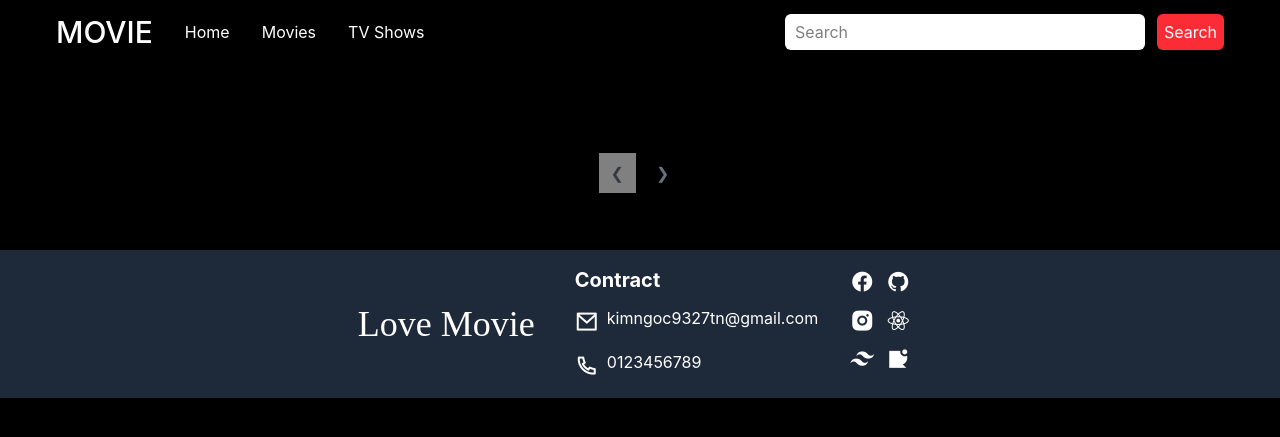
Repository: kimngoc9327/Love_Movie_Project
Page: /movieCategory
The author's editor kept a copy of each file at every save. The page is drawn from the files as they stood at one save, then again after the next save.
The browser window is 1280 px wide. The pictures show the whole page.
The page's requests for data from a server got no answer. The project was rebuilt for these pictures with package versions that can differ from the ones it lists, and the page was loaded fresh each time. No one was signed in, and anything a server would have sent is missing. Also part of the build but not shown: vite.config.js, src/components/ui/MovieCard.jsx, src/components/ui/MovieList.jsx, src/components/ui/Banner.jsx, src/pages/Home.jsx, src/pages/MovieDetails.jsx, src/pages/SearchMovie.jsx.

Above is the page before, as saved 2025-03-23 17:45:08.

### index.html
<!DOCTYPE html>
<html lang="en">
  <head>
    <meta charset="UTF-8" />
    <link rel="icon" type="image/svg+xml" href="/love-movie-logo.ico" />
    <meta name="viewport" content="width=device-width, initial-scale=1.0" />
    <title>Love Movie</title>
  </head>
  <body>
    <div id="root"></div>
    <script type="module" src="/src/main.jsx"></script>
  </body>
</html>

### src/main.jsx
import { createRoot } from "react-dom/client";
import "./index.css";
import App from "./App.jsx";
import { store } from "./redux/store";
import { Provider } from "react-redux";
import { BrowserRouter } from "react-router-dom";

createRoot(document.getElementById("root")).render(
  <BrowserRouter>
    <Provider store={store}>
      <App />
    </Provider>
  </BrowserRouter>
);

### src/index.css
@import "tailwindcss";
@import "remixicon/fonts/remixicon.css";
@import "react-multi-carousel/lib/styles.css";

:root {
  font-family: Inter, system-ui, Avenir, Helvetica, Arial, sans-serif;
  background-color: black;
}

/* a {
  font-weight: 500;
  color: #646cff;
  text-decoration: inherit;
}
a:hover {
  color: #535bf2;
}

body {
  margin: 0;
  display: flex;
  place-items: center;
  min-width: 320px;
  min-height: 100vh;
}

h1 {
  font-size: 3.2em;
  line-height: 1.1;
}

button {
  border-radius: 8px;
  border: 1px solid transparent;
  padding: 0.6em 1.2em;
  font-size: 1em;
  font-weight: 500;
  font-family: inherit;
  background-color: #1a1a1a;
  cursor: pointer;
  transition: border-color 0.25s;
}
button:hover {
  border-color: #646cff;
}
button:focus,
button:focus-visible {
  outline: 4px auto -webkit-focus-ring-color;
}

@media (prefers-color-scheme: light) {
  :root {
    color: #213547;
    background-color: #ffffff;
  }
  a:hover {
    color: #747bff;
  }
  button {
    background-color: #f9f9f9;
  }
} */

### src/App.jsx
import "react-multi-carousel/lib/styles.css";
import { Route, Routes } from "react-router-dom";
import publicRoutes from "./routes";
import DefaultLayout from "./components/layout/DefaultLayout";
import { Fragment } from "react";
function App() {
  return (
    <>
      <Routes>
        {publicRoutes.map((route, index) => {
          const Page = route.component;
          let Layout = DefaultLayout;
          if (route.layout) {
            Layout = route.layout;
          } else if (route.layout === null) {
            Layout = Fragment;
          }
          return (
            <Route
              key={index}
              path={route.path}
              element={
                <Layout>
                  <Page />
                </Layout>
              }
            />
          );
        })}
      </Routes>
    </>
  );
}

export default App;

### src/redux/store.jsx
import { createStore, applyMiddleware } from "redux";
import { rootReducer } from "./reducer";
import { thunk } from "redux-thunk";

const store = createStore(rootReducer, applyMiddleware(thunk));

export { store };

### src/routes/index.jsx
import DefaultLayout from "../components/layout/DefaultLayout";
import Home from "../pages/Home";
import MovieCategory from "../pages/MovieCategory";
import MovieDetails from "../pages/MovieDetails";
import SearchMovie from "../pages/SearchMovie";

const publicRoutes = [
  { path: "/", component: Home, layout: DefaultLayout },
  { path: "/search", component: SearchMovie, layout: DefaultLayout },
  { path: "/movieCategory", component: MovieCategory, layout: DefaultLayout },
  { path: "/movieDetails", component: MovieDetails, layout: DefaultLayout },
];

export default publicRoutes;

### src/components/layout/DefaultLayout.jsx
import Header from "./Header";
import Footer from "./Footer";
import PropTypes from "prop-types";

function DefaultLayout({ children }) {
  return (
    <div>
      <Header />
      <div>{children}</div>
      <Footer />
    </div>
  );
}

DefaultLayout.propTypes = {
  children: PropTypes.any,
};

export default DefaultLayout;

### src/redux/reducer.jsx
import { combineReducers } from "redux";
import { GET_MOVIE, GET_MOVIE_DISCOVER, GET_MOVIES } from "./types";

const initialState = {
  movies: {},
  currentMovie: null,
};

const movieReducer = (state = initialState, action) => {
  switch (action.type) {
    case GET_MOVIES:
      return {
        ...state,
        movies: { ...state.movies, [action.category]: action.payload },
      };
    case GET_MOVIE_DISCOVER:
      return { ...state, movies: action.payload };
    case GET_MOVIE:
      return { ...state, currentMovie: action.payload };
    default:
      return state;
  }
};

export const rootReducer = combineReducers({
  movieReducer,
});

### src/pages/MovieCategory.jsx
import { useEffect, useState } from "react";
import { useDispatch, useSelector } from "react-redux";
import { useLocation } from "react-router-dom";
import { getMovies } from "../redux/actions";
import MovieCard from "../components/ui/MovieCard";
import { IMAGE_PATH } from "../constants/constants";
import PaginationButton from "../components/ui/PaginationButton";

function MovieCategory() {
  const dispatch = useDispatch();
  const location = useLocation();
  const queryParams = new URLSearchParams(location.search);
  const category = queryParams.get("category");
  const movies = useSelector((state) => state.movieReducer.movies[category]);
  const [page, setPage] = useState(1);

  useEffect(() => {
    if (category) {
      const params = {
        page: page,
      };
      dispatch(getMovies(category, params));
    }
  }, [dispatch, category, page]);
  useEffect(() => {
    console.log(movies);
  });

  const totalPages = movies?.total_pages;
  return (
    <div className="flex flex-col items-center">
      <div className="grid grid-cols-4 gap-8 m-24 mb-12">
        {movies?.results
          ?.filter((movie) => movie.title && movie.poster_path)
          .map((movie) => (
            <div key={movie.id}>
              <MovieCard
                title={movie.title}
                poster={IMAGE_PATH + movie.poster_path}
              />
            </div>
          ))}
      </div>
      <PaginationButton
        currentPage={page}
        onPageChange={setPage}
        totalPages={totalPages}
      />
    </div>
  );
}

export default MovieCategory;

### src/components/layout/Header.jsx
import { Link } from "react-router-dom";
import MovieDropdown from "../ui/MovieDropdown";
import SearchInput from "../ui/SearchInput";

const Header = () => {
  return (
    <div className="flex fixed z-50 w-screen top-0 items-center text-white p-[24px] h-[64px] bg-black">
      <div className="flex space-x-8 items-center ml-8">
        <Link to="/">
          <p className="hover:text-red-500 font-medium text-3xl">MOVIE</p>
        </Link>
        <Link to="/">
          <p className="hover:text-red-500 text-base">Home</p>
        </Link>
        <MovieDropdown />
        <p className="hover:text-red-500  text-base">TV Shows</p>
      </div>
      <SearchInput />
    </div>
  );
};

export default Header;

### src/components/layout/Footer.jsx
function Footer() {
  return (
    <div className="flex space-x-10 mt-12 p-4 items-center justify-center text-white bg-gray-800">
      <p className="font-[fantasy] text-4xl ">Love Movie</p>
      <div className="flex space-x-8">
        <div className="space-y-3">
          <p className="text-xl font-bold">Contract</p>
          <div className="flex space-x-2">
            <i className="ri-mail-line text-2xl"></i>{" "}
            <p>kimngoc9327tn@gmail.com</p>
          </div>
          <div className="flex space-x-2">
            <i className="ri-phone-line text-2xl"></i> <p>0123456789</p>
          </div>
        </div>
        <div className="grid grid-cols-2 space-x-3">
          <i className="ri-facebook-circle-fill  text-2xl"></i>
          <i className="ri-github-fill  text-2xl"></i>
          <i className="ri-instagram-fill  text-2xl"></i>
          <i className="ri-reactjs-fill text-2xl"></i>
          <i className="ri-tailwind-css-fill text-2xl"></i>
          <i className="ri-remixicon-fill text-2xl"></i>
        </div>
      </div>
    </div>
  );
}

export default Footer;

### src/redux/types.jsx
export const GET_MOVIES = "GET_MOVIES";
export const GET_MOVIE = "GET_MOVIE";
export const SET_PARAMS = "SET_PARAMS";
export const GET_MOVIE_DISCOVER = "GET_MOVIE_DISCOVER";

### src/redux/actions.jsx
import axios from "axios";
import { GET_MOVIES, GET_MOVIE, GET_MOVIE_DISCOVER } from "./types";
import { AUTH_TOKEN, BASE_URL, API_KEY } from "../constants/constants";

const getMovies =
  (category, params = {}) =>
  async (dispatch) => {
    try {
      const response = await axios.get(`${BASE_URL}/movie/${category}`, {
        headers: {
          Authorization: `Bearer ${AUTH_TOKEN}`,
        },
        params: {
          ...params,
        },
      });

      dispatch({ type: GET_MOVIES, payload: response.data, category });
    } catch (error) {
      console.error(error);
    }
  };

const getMovieDiscover = (genreId) => async (dispatch) => {
  try {
    const response = await axios.get(`${BASE_URL}/discover/movie`, {
      headers: {
        Authorization: `Bearer ${import.meta.env.VITE_API_TOKEN}`,
      },
      params: {
        with_genres: genreId,
      },
    });

    dispatch({ type: GET_MOVIE_DISCOVER, payload: response.data });
  } catch (error) {
    console.log(error);
  }
};

const getMovie = (id) => async (dispatch) => {
  try {
    const response = await axios.get(
      `${BASE_URL}/movie/${id}?append_to_response=videos,translations&api_key=${API_KEY}`,
      {
        headers: {
          Authorization: `Bearer ${AUTH_TOKEN}`,
        },
        params: {
          append_to_response: "videos,translations",
          language: "en-US",
        },
      }
    );

    dispatch({ type: GET_MOVIE, payload: response.data });
  } catch (error) {
    console.log(error);
  }
};

export { getMovies, getMovie, getMovieDiscover };

### src/constants/constants.jsx
export const API_KEY = import.meta.env.VITE_API_KEY;
export const AUTH_TOKEN = import.meta.env.VITE_API_TOKEN;
export const IMAGE_PATH = `https://image.tmdb.org/t/p/w500`;
export const BASE_URL = `https://api.themoviedb.org/3`;

### src/components/ui/PaginationButton.jsx
import PropTypes from "prop-types";

const PaginationButton = ({ currentPage, totalPages, onPageChange }) => {
  const getPageNumbers = () => {
    const pages = [];
    if (totalPages > 500) {
      totalPages = 500;
    }
    if (totalPages <= 6) {
      for (let i = 1; i <= totalPages; i++) pages.push(i);
    } else {
      if (currentPage < 1) pages.push(1, 2, 3, "...");
      for (
        let i = Math.max(3, currentPage - 1);
        i <= Math.min(totalPages - 2, currentPage + 1);
        i++
      ) {
        pages.push(i);
      }
      if (currentPage <= totalPages - 2)
        pages.push("...", totalPages - 1, totalPages);
    }
    return pages;
  };

  return (
    <div className="flex items-center space-x-2 border rounded-md px-4 py-2">
      {/* Nút Previous */}
      <button
        className={`px-3 py-2 bg-white text-gray-500 ${
          currentPage === 1
            ? "opacity-50 cursor-not-allowed"
            : "hover:bg-gray-200"
        }`}
        disabled={currentPage === 1}
        onClick={() => onPageChange(currentPage - 1)}
      >
        ❮
      </button>

      {/* Các số trang */}
      {getPageNumbers().map((page, index) =>
        page === "..." ? (
          <span key={index} className="px-3 py-2 text-gray-500">
            ...
          </span>
        ) : (
          <button
            key={index}
            className={`px-3 py-2 bg-white rounded-md ${
              currentPage === page
                ? "!bg-indigo-600 text-white"
                : "hover:bg-gray-200"
            }`}
            onClick={() => onPageChange(page)}
          >
            {page}
          </button>
        )
      )}

      {/* Nút Next */}
      <button
        className={`px-3 py-2 text-gray-500 ${
          currentPage === totalPages
            ? "opacity-50 cursor-not-allowed"
            : "hover:bg-gray-200"
        }`}
        disabled={currentPage === totalPages}
        onClick={() => onPageChange(currentPage + 1)}
      >
        ❯
      </button>
    </div>
  );
};

PaginationButton.propTypes = {
  currentPage: PropTypes.number,
  onPageChange: PropTypes.number,
  totalPages: PropTypes.number,
};

export default PaginationButton;

### src/components/ui/MovieDropdown.jsx
import { Menu, MenuButton, MenuItem, MenuItems } from "@headlessui/react";
import { useState } from "react";
import { useDispatch } from "react-redux";
import { getMovieDiscover } from "../../redux/actions";
import { useNavigate } from "react-router-dom";

function MovieDropdown() {
  const [isOpen, setIsOpen] = useState(false);
  const dispatch = useDispatch();
  const navigate = useNavigate();

  const genre = [
    { id: 28, name: "Action" },
    { id: 12, name: "Adventure" },
    { id: 16, name: "Animation" },
    { id: 35, name: "Comedy" },
    { id: 80, name: "Crime" },
    { id: 99, name: "Documentary" },
    { id: 18, name: "Drama" },
    { id: 10751, name: "Family" },
    { id: 14, name: "Fantasy" },
    { id: 36, name: "History" },
    { id: 27, name: "Horror" },
    { id: 10402, name: "Music" },
    { id: 9648, name: "Mystery" },
    { id: 10749, name: "Romance" },
    { id: 878, name: "Science Fiction" },
    { id: 10770, name: "TV Movie" },
    { id: 53, name: "Thriller" },
    { id: 10752, name: "War" },
    { id: 37, name: "Western" },
  ];

  const handleGenreSelect = (genreId) => {
    dispatch(getMovieDiscover(genreId));
    navigate(`/search?genre=${genreId}`);
    setIsOpen(false);
  };

  return (
    <div className="relative" onMouseUp={() => setIsOpen(true)}>
      <Menu>
        <MenuButton className="hover:text-red-500 text-base">Movies</MenuButton>
        {isOpen && (
          <MenuItems className="grid grid-cols-3 gap-4 absolute left-0 mt-2 w-150 p-2 origin-top-right rounded-md bg-black ring-1 z-40 focus:outline-none">
            {genre.map((genre) => (
              <MenuItem
                id={genre.id}
                key={genre.id}
                as="div"
                className="px-4 py-2 text-white hover:bg-gray-700 cursor-pointer"
                onClick={() => handleGenreSelect(genre.id)}
              >
                {genre.name}
              </MenuItem>
            ))}
          </MenuItems>
        )}
      </Menu>
    </div>
  );
}

export default MovieDropdown;

### src/components/ui/SearchInput.jsx
function SearchInput() {
  return (
    <div className="ml-auto mr-8  flex items-center space-x-3">
      <input
        className="h-[36px] w-90 text-black pl-[10px] bg-white rounded-md "
        placeholder="Search"
      />
      <button className="bg-red-500 px-[7px] h-[36px] text-center rounded-md">
        Search
      </button>
    </div>
  );
}

export default SearchInput;

After the next save:
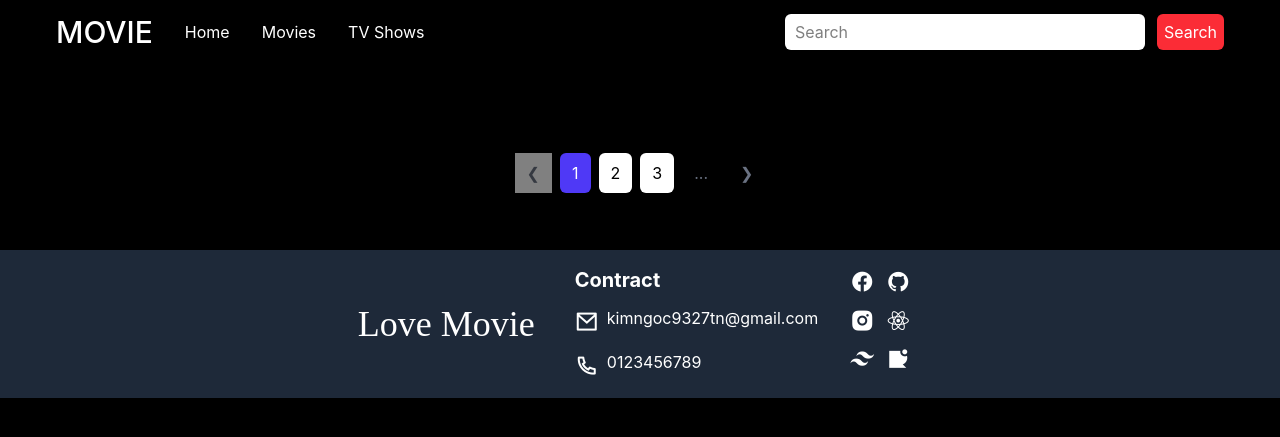
Saved 24 s later.
--- a/src/components/ui/PaginationButton.jsx
+++ b/src/components/ui/PaginationButton.jsx
@@ -9,7 +9,7 @@ const PaginationButton = ({ currentPage, totalPages, onPageChange }) => {
     if (totalPages <= 6) {
       for (let i = 1; i <= totalPages; i++) pages.push(i);
     } else {
-      if (currentPage < 1) pages.push(1, 2, 3, "...");
+      if (currentPage < 2) pages.push(1, 2, 3, "...");
       for (
         let i = Math.max(3, currentPage - 1);
         i <= Math.min(totalPages - 2, currentPage + 1);
